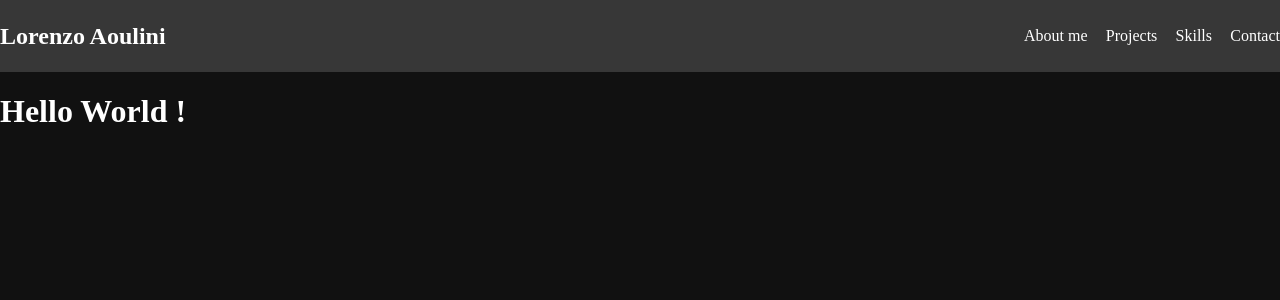
Repository: lolo298/lolo298.github.io
Page: index.html
An editor plug-in stored every save of this project. The page is shown before and after the next save, followed by the edit.
The browser window is 1280 px wide. The pictures show the whole page.

Above is the page before, as saved 2022-05-09 16:50:14.

After the next save:
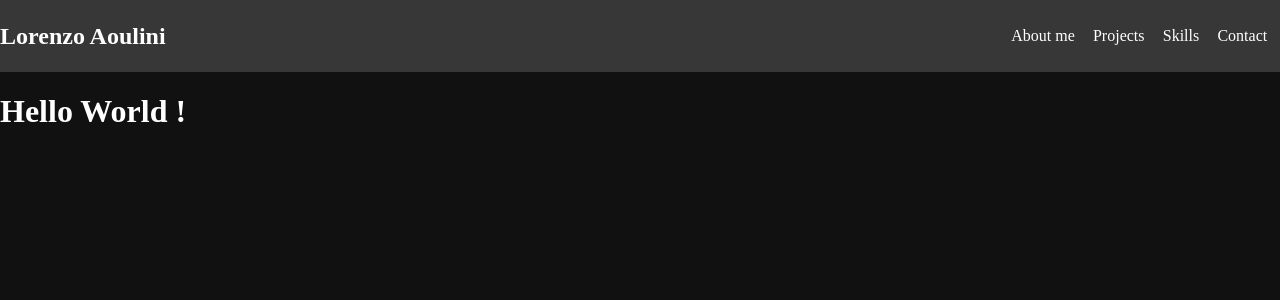
Saved 22 s later.
--- a/css/style.css
+++ b/css/style.css
@@ -32,6 +32,7 @@ body {
     align-items: center;
     list-style: none;
     justify-content: space-between;
+    margin-right: 1%;
 }
 
 .main-navbar-item>a {
